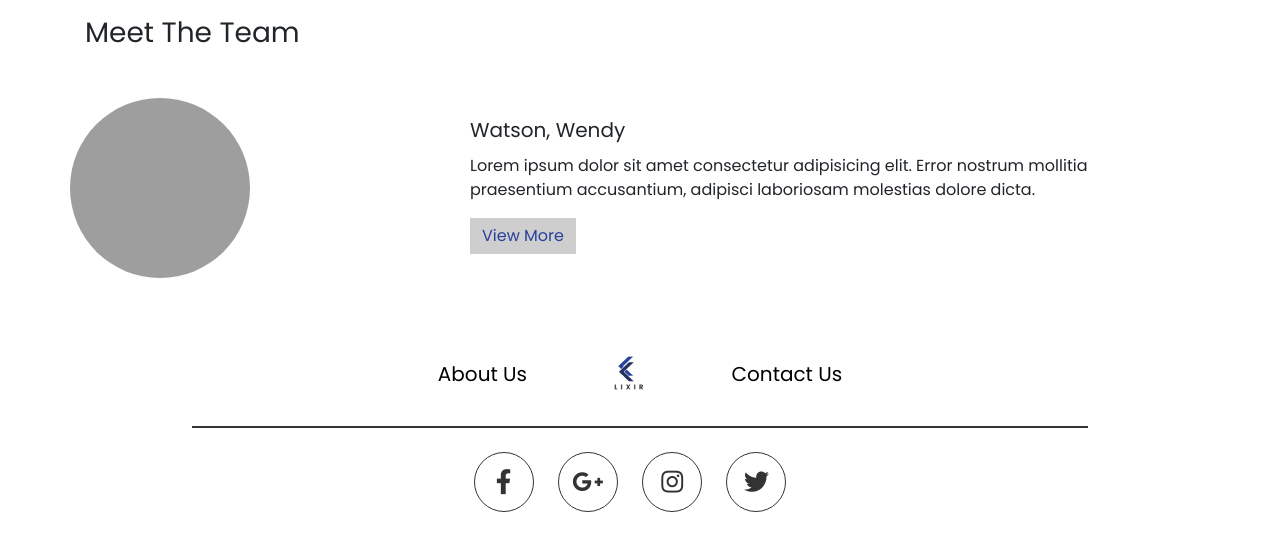
Repository: phiiileo/lit-page
Page: team-page.html
These files come from the project's save history. The page is drawn as it stood at one moment and after a run of saves; the edit follows.
The browser window is 1280 px wide. The pictures show the whole page.
Pictures or frames that could not be fetched are drawn as grey boxes. Some web libraries are served in a nearby version.

Above is the page before, as saved 2019-12-04 21:15:57.

After the next 4 saves:
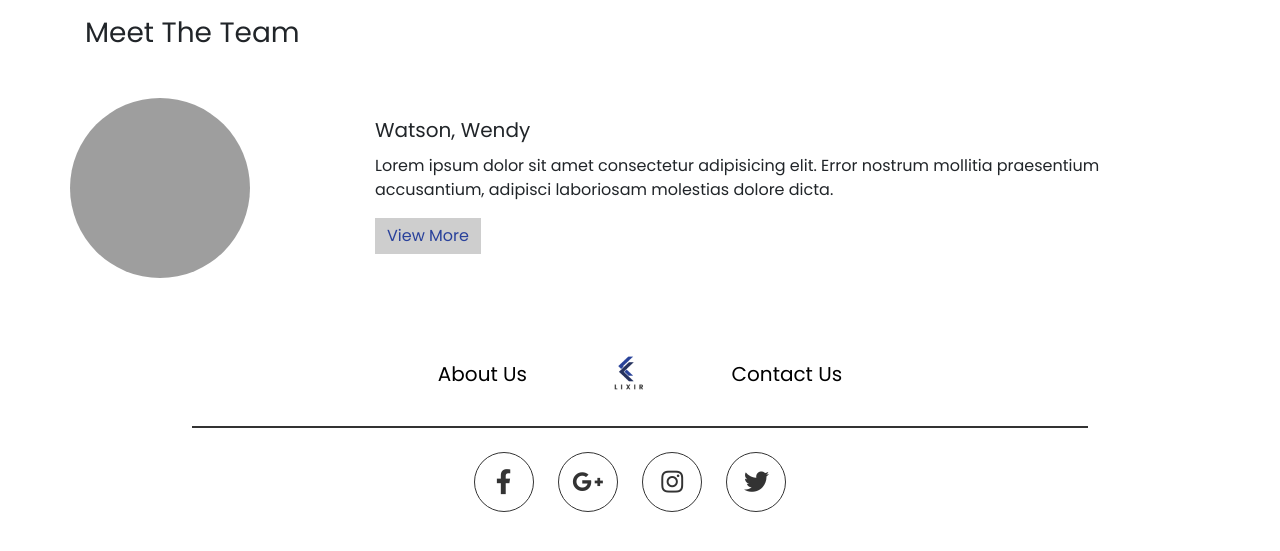
The 4 saves are shown as one change because they came seconds apart.
The last was saved 16 s later.
--- a/team-page.html
+++ b/team-page.html
@@ -28,10 +28,10 @@
     <div class="row row-cols-1 row-cols-md-1 mt-5 mb-5">
         <div class="card">
             <div class="row no-gutters">
-                <div class="col-md-4">
+                <div class="col-md-3">
                     <img src="https://res.cloudinary.com/gboyega/image/upload/v1575387409/grillspot/profile-placeholder_kqu2no.png" alt="profileImage" class="team-image">
                 </div>
-                <div class="col-md-8">
+                <div class="col-md-9">
                     <div class="card-body">
                         <h5 class="card-title">Watson, Wendy</h5>
                         <p class="card-text">Lorem ipsum dolor sit amet consectetur adipisicing elit. Error nostrum mollitia praesentium accusantium, adipisci laboriosam molestias dolore dicta.</p>

After the 3 saves that followed:
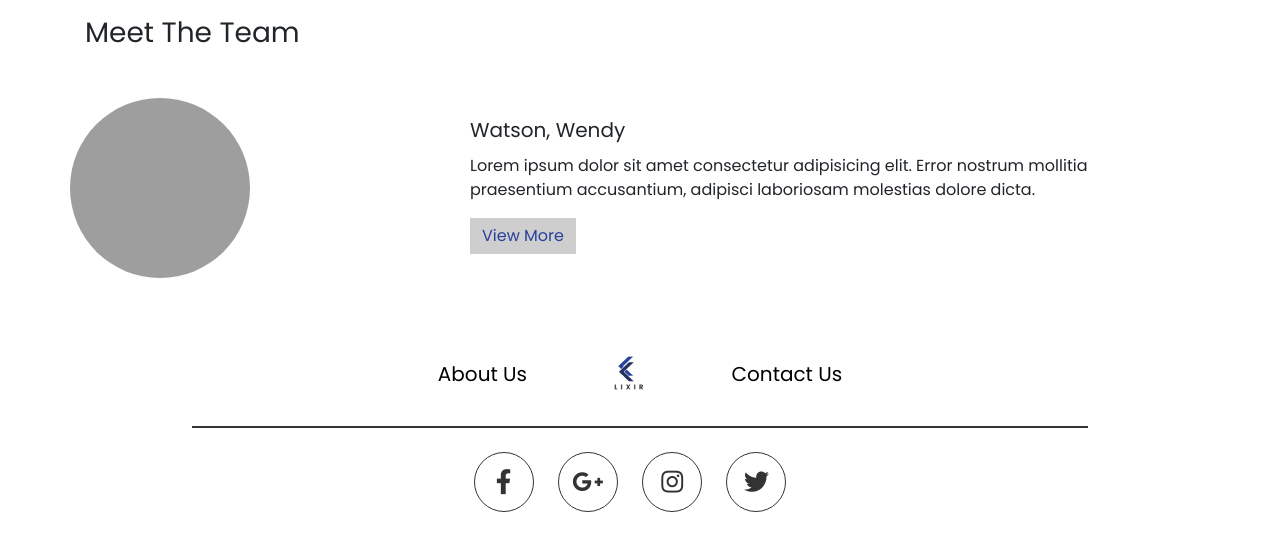
The 3 saves are shown as one change because they came seconds apart.
The last was saved 104 s later.
--- a/team-page.html
+++ b/team-page.html
@@ -28,10 +28,10 @@
     <div class="row row-cols-1 row-cols-md-1 mt-5 mb-5">
         <div class="card">
             <div class="row no-gutters">
-                <div class="col-md-3">
+                <div class="col-md-4">
                     <img src="https://res.cloudinary.com/gboyega/image/upload/v1575387409/grillspot/profile-placeholder_kqu2no.png" alt="profileImage" class="team-image">
                 </div>
-                <div class="col-md-9">
+                <div class="col-md-8">
                     <div class="card-body">
                         <h5 class="card-title">Watson, Wendy</h5>
                         <p class="card-text">Lorem ipsum dolor sit amet consectetur adipisicing elit. Error nostrum mollitia praesentium accusantium, adipisci laboriosam molestias dolore dicta.</p>
